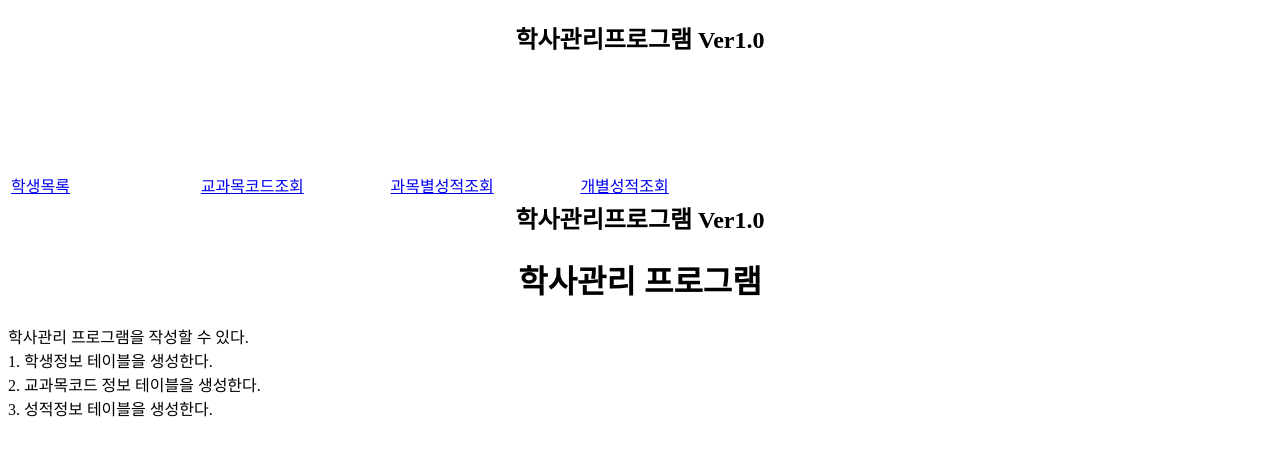
Repository: DDoeDDoe32/sw5
Page: http://localhost/test10/
The author's editor kept a copy of each file at every save. The page is drawn from the files as they stood at one save, then again after the next save.
The browser window is 1280 px wide. The pictures show the whole page.
The page is served by Tomcat 9.

Above is the page before, as saved 2019-05-18 04:48:30.

### 실습파일/test10/WebContent/index.jsp
<%@ page language="java" contentType="text/html; charset=UTF-8"
    pageEncoding="UTF-8"%>
<!DOCTYPE html>
<html>
<head>
<meta charset="UTF-8">
<title>교무학사관리시스템 Ver1.0</title>
</head>
<body>
<div style='height:150PX; text-align:center'>
<%@ include file="main_header.jsp" %>
</div>
<%@ include file="main_nav.jsp" %>
<%@ include file="main_contents.jsp" %>
</div>



</body>
</html>

### 실습파일/test10/WebContent/main_header.jsp
<%@ page language="java" contentType="text/html; charset=UTF-8"
    pageEncoding="UTF-8"%>
<!DOCTYPE html>
<div align="center">
<h2><B>학사관리프로그램 Ver1.0</B></h2>
</div>

### 실습파일/test10/WebContent/main_nav.jsp
<%@ page language="java" contentType="text/html; charset=UTF-8"
    pageEncoding="UTF-8"%>
<!DOCTYPE html>
<center>
<table width="100%" align="left">
	<tr>
		<td width="15%"><a href="a.jsp">학생목록</a>
		<td width="15%"><a href="a.jsp">교과목코드조회</a>
		<td width="15%"><a href="a.jsp">과목별성적조회</a>
		<td width="15%"><a href="a.jsp">개별성적조회</a>
		<td width="40%">&nbsp;</td>
	</tr>
</table>
</center>

<div align="center">
<h2><B>학사관리프로그램 Ver1.0</B></h2>
</div>

### 실습파일/test10/WebContent/main_contents.jsp
<%@ page language="java" contentType="text/html; charset=UTF-8"
    pageEncoding="UTF-8"%>
<!DOCTYPE html>
<html>
<head>
<meta charset="UTF-8">
<title>Insert title here</title>
</head>
<body>
<div style='text-align:center'><h1><B>학사관리 프로그램</B></h1></div>
학사관리 프로그램을 작성할 수 있다. <br/>
1. 학생정보 테이블을 생성한다. <br/>
2. 교과목코드 정보 테이블을 생성한다. <br/>
3. 성적정보 테이블을 생성한다. <br/>

</body>
</html>

After the next save:
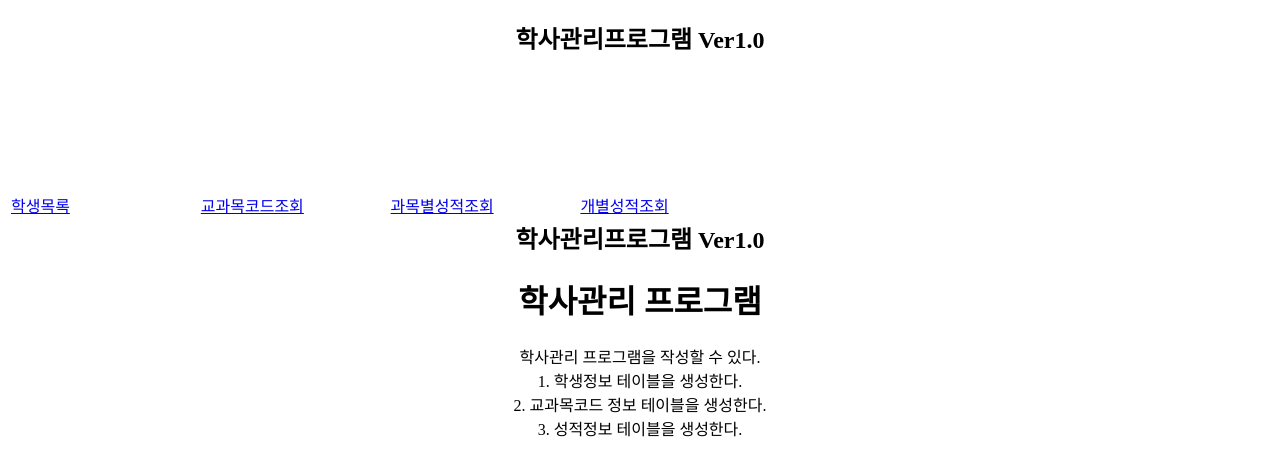
Saved 30 s later.
--- a/실습파일/test10/WebContent/index.jsp
+++ b/실습파일/test10/WebContent/index.jsp
@@ -10,6 +10,7 @@
 <div style='height:150PX; text-align:center'>
 <%@ include file="main_header.jsp" %>
 </div>
+<div style='text-align:center'>
 <%@ include file="main_nav.jsp" %>
 <%@ include file="main_contents.jsp" %>
 </div>
